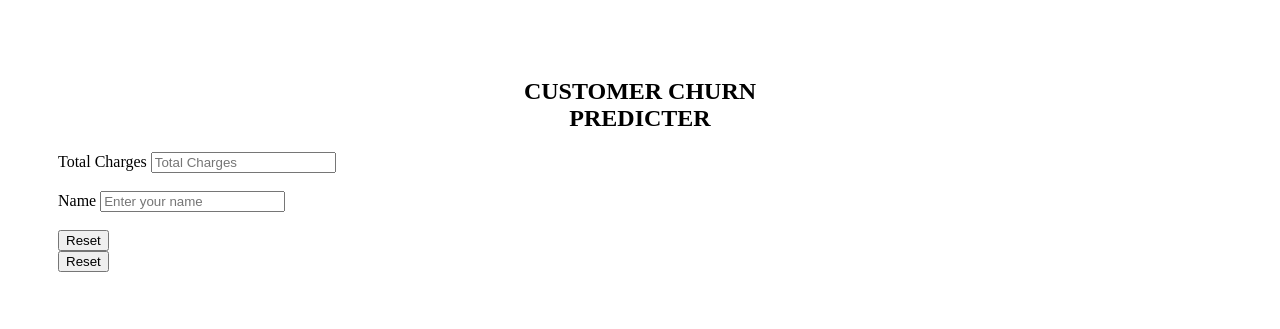
Repository: Cedrqmwesigwa/customer-churn-Bank
Page: index.html
These files come from the project's save history. The page is drawn as it stood at one moment and after the next save; the edit follows.
The browser window is 1280 px wide. The pictures show the whole page.

Above is the page before, as saved 2024-05-21 03:32:18.

### index.html
<!DOCTYPE html>
<html>
    <head>
        <meta charset= 'UTF-8' >
        <title>ML API</title>

    </head>

    <body>
        <style>
            body{
	        padding: 50px;
            padding-top: 20;
}
            input [ type="text" ] {
                padding: 10%;
                border: 1px;
                border-radius: 4px;
            }
            /* label{
                /* font-weight:bold; */
            /* } */

        </style>
        <section>
            <div class="login">
                <!-- <div style="center"></div> -->
                <h1 style="text-align: center;"> CUSTOMER CHURN <br> PREDICTER</h1>
        </section>

            <section>
                <form action=" {{url for (predict)}}" method="POST">
                    <div>
                        <label for="Total Charges"> Total Charges  </label>
                        <input type="number" name="Total Charges" id="name" placeholder="Total Charges" required="required" />
                    </div>

                    <br>

                    <div>
                        <label for="name"> Name </label>
                        <input type="text" name="name" id="name" placeholder="Enter your name" required="required" />
                    </div>

                    <br>

                    <div>
                        <input type="reset">
                    </div>

                    <div>
                        <input type="reset">
                    </div>







                </form>
            </section>


        </div>
    </body>
</html>

After the next save:
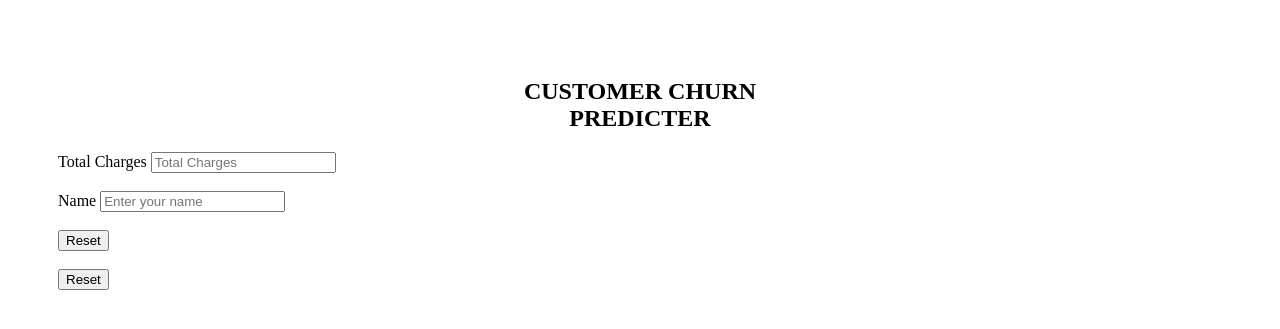
Saved 5 s later.
--- a/index.html
+++ b/index.html
@@ -47,7 +47,7 @@
                     <div>
                         <input type="reset">
                     </div>
-
+<br>
                     <div>
                         <input type="reset">
                     </div>
